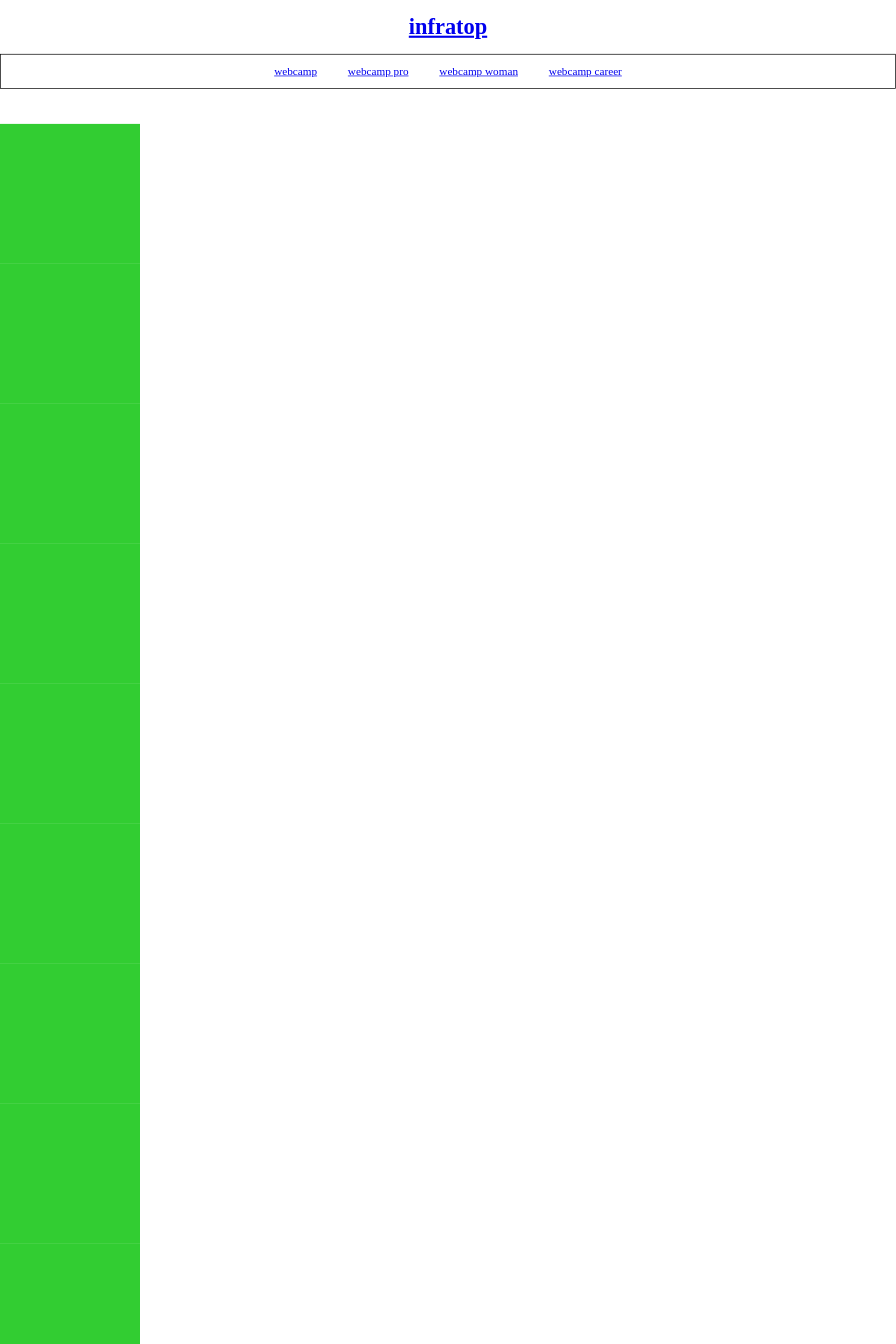
Repository: menyuu/test-html-CSS-practice
Page: exercise/chapter5_exercise.html
The author's editor kept a record of every edit. The page is drawn from the files as they stood at one moment, then again after the next edit.
The browser window is 1280 px wide. The pictures show the part of the page from y = 0 to 1920 px (the page is 2747 px tall before and 947 px after), at 70% of full size.

Above is the page before.

After the next edit:
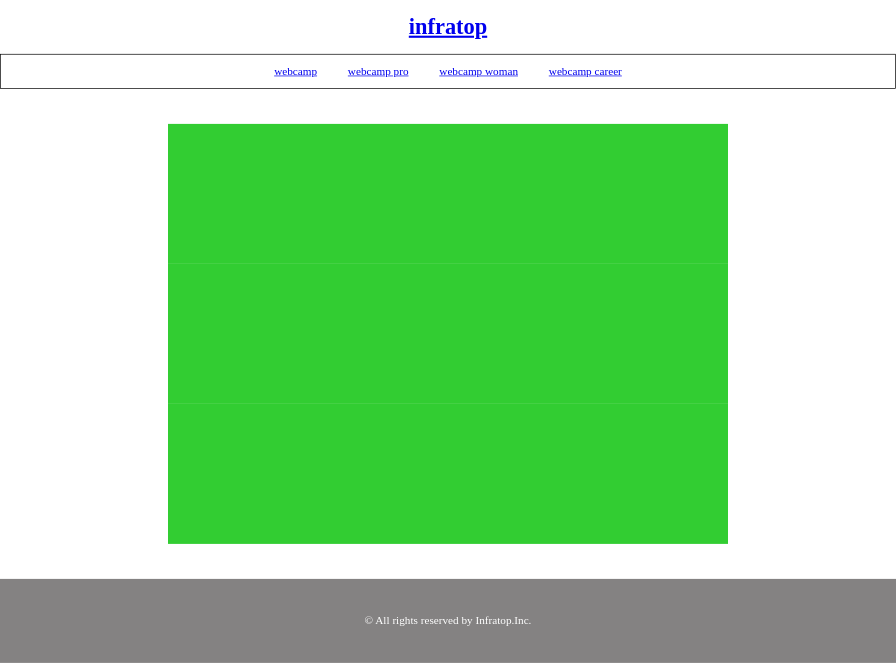
The edit:
--- a/exercise/chapter5_exercise.html
+++ b/exercise/chapter5_exercise.html
@@ -30,7 +30,7 @@
   </nav>
 
   <main>
-
+    <div class="main-content">
       <div class="main-box item1"></div>
       <div class="main-box item2"></div>
       <div class="main-box item3"></div>
